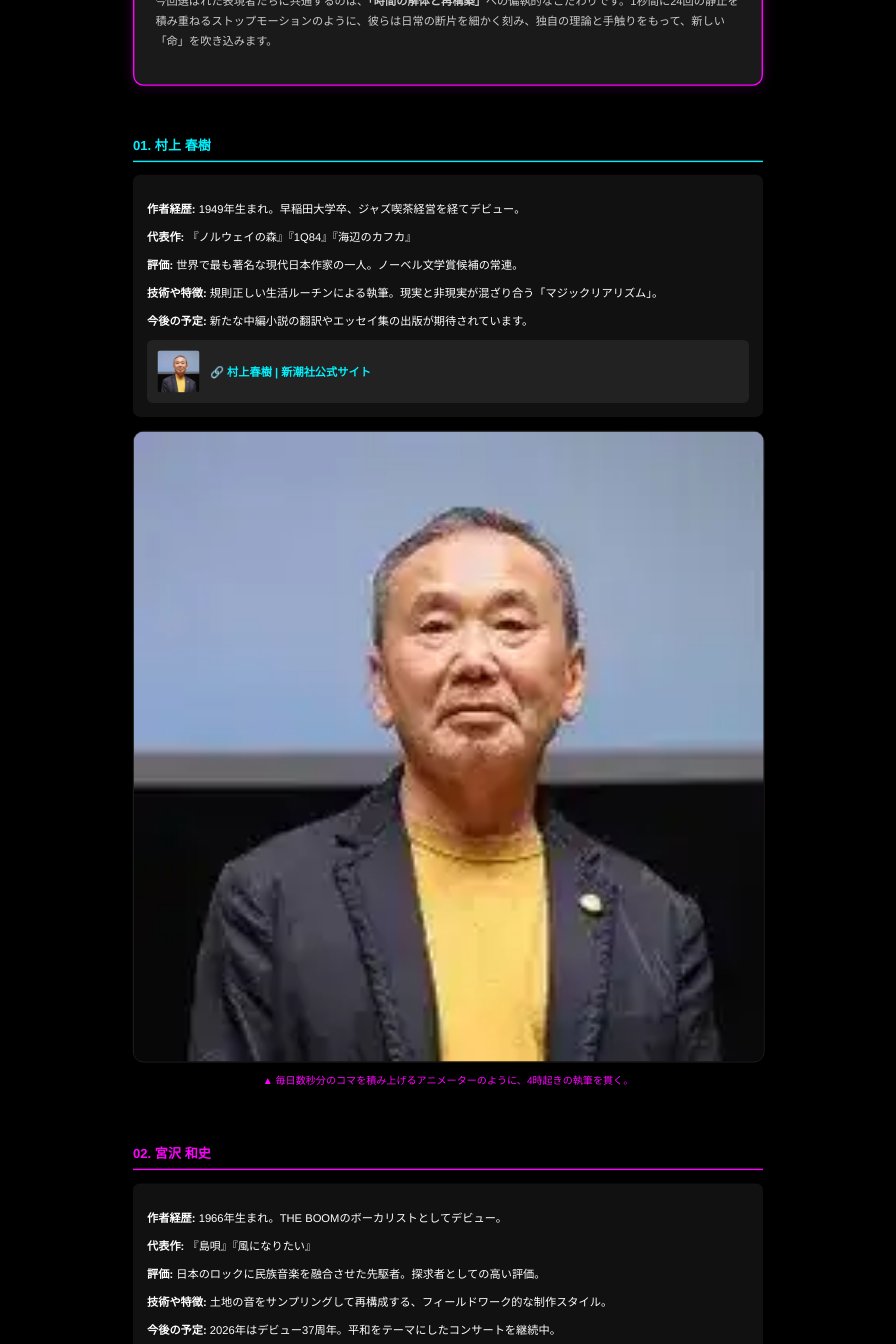
Repository: hamagoro/my-animation-site
Page: episodes/vol12.html
The author's editor kept a copy of each file at every save. The page is drawn from the files as they stood at one save, then again after the next save.
The browser window is 1280 px wide. The pictures show the part of the page from y = 1041 to 2961 px (the page is 13437 px tall before and 13899 px after), at 70% of full size.
A picture or video elsewhere on the page could not be fetched, so the positions and the page height are approximate.

Above is the page before, as saved 2026-01-31 21:04:39.

After the next save:
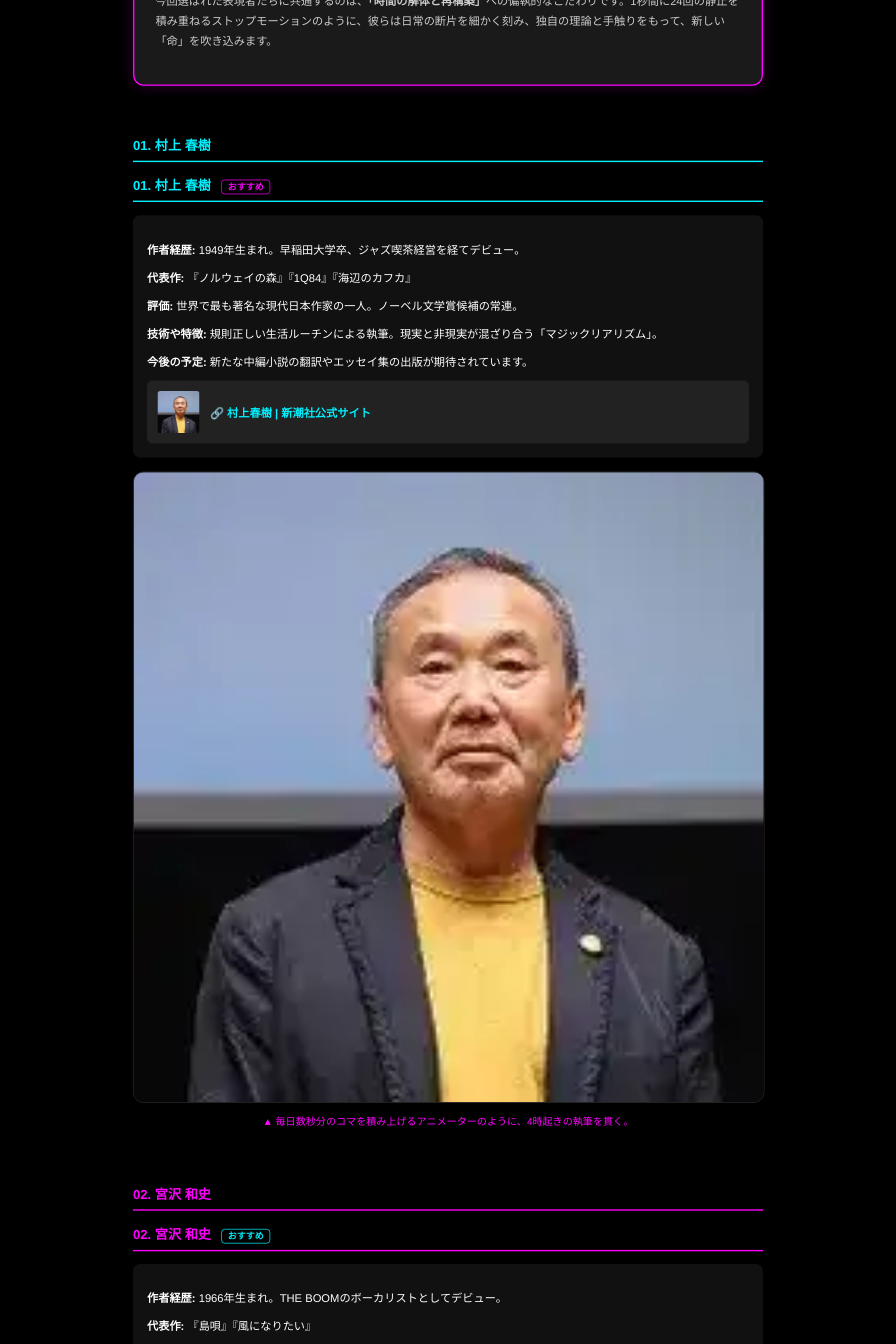
Saved 2 min 26 s later.
--- a/episodes/vol12.html
+++ b/episodes/vol12.html
@@ -55,6 +55,7 @@
 
         <section style="margin-bottom: 80px;">
             <h3 style="color: #00f2ff; border-bottom: 2px solid #00f2ff; padding-bottom: 10px;">01. 村上 春樹</h3>
+            <h3 style="color: #00f2ff; border-bottom: 2px solid #00f2ff; padding-bottom: 10px;">01. 村上 春樹 <a href="vol12-osusu.html" style="font-size: 0.8rem; color: #ff00ff; text-decoration: none; border: 1px solid #ff00ff; padding: 2px 8px; border-radius: 5px; margin-left: 10px;">おすすめ</a></h3>
             <div style="background: #111; padding: 20px; border-radius: 10px; margin-bottom: 20px;">
                 <p><strong>作者経歴:</strong> 1949年生まれ。早稲田大学卒、ジャズ喫茶経営を経てデビュー。</p>
                 <p><strong>代表作:</strong> 『ノルウェイの森』『1Q84』『海辺のカフカ』</p>
@@ -76,6 +77,7 @@
 
         <section style="margin-bottom: 80px;">
             <h3 style="color: #ff00ff; border-bottom: 2px solid #ff00ff; padding-bottom: 10px;">02. 宮沢 和史</h3>
+            <h3 style="color: #ff00ff; border-bottom: 2px solid #ff00ff; padding-bottom: 10px;">02. 宮沢 和史 <a href="vol12-osusu.html" style="font-size: 0.8rem; color: #00f2ff; text-decoration: none; border: 1px solid #00f2ff; padding: 2px 8px; border-radius: 5px; margin-left: 10px;">おすすめ</a></h3>
             <div style="background: #111; padding: 20px; border-radius: 10px; margin-bottom: 20px;">
                 <p><strong>作者経歴:</strong> 1966年生まれ。THE BOOMのボーカリストとしてデビュー。</p>
                 <p><strong>代表作:</strong> 『島唄』『風になりたい』</p>
@@ -97,6 +99,7 @@
 
         <section style="margin-bottom: 80px;">
             <h3 style="color: #00f2ff; border-bottom: 2px solid #00f2ff; padding-bottom: 10px;">03. ウディ・アレン</h3>
+            <h3 style="color: #00f2ff; border-bottom: 2px solid #00f2ff; padding-bottom: 10px;">03. ウディ・アレン <a href="vol12-osusu.html" style="font-size: 0.8rem; color: #ff00ff; text-decoration: none; border: 1px solid #ff00ff; padding: 2px 8px; border-radius: 5px; margin-left: 10px;">おすすめ</a></h3>
             <div style="background: #111; padding: 20px; border-radius: 10px; margin-bottom: 20px;">
                 <p><strong>作者経歴:</strong> 1935年生まれ。コメディライターを経て映画監督へ。</p>
                 <p><strong>代表作:</strong> 『アニー・ホール』『ミッドナイト・イン・パリ』</p>
@@ -118,6 +121,7 @@
 
         <section style="margin-bottom: 80px;">
             <h3 style="color: #ff00ff; border-bottom: 2px solid #ff00ff; padding-bottom: 10px;">04. の子</h3>
+            <h3 style="color: #ff00ff; border-bottom: 2px solid #ff00ff; padding-bottom: 10px;">04. の子 <a href="vol12-osusu.html" style="font-size: 0.8rem; color: #00f2ff; text-decoration: none; border: 1px solid #00f2ff; padding: 2px 8px; border-radius: 5px; margin-left: 10px;">おすすめ</a></h3>
             <div style="background: #111; padding: 20px; border-radius: 10px; margin-bottom: 20px;">
                 <p><strong>作者経歴:</strong> 千葉県出身。ニコニコ動画等でカルト的な人気を博し、2008年結成。</p>
                 <p><strong>代表作:</strong> 『ロックンロールは鳴り止まないっ』『僕の戦争』</p>
@@ -153,6 +157,7 @@
 
         <section style="margin-bottom: 80px;">
             <h3 style="color: #00f2ff; border-bottom: 2px solid #00f2ff; padding-bottom: 10px;">05. マキシマムザ亮君</h3>
+            <h3 style="color: #00f2ff; border-bottom: 2px solid #00f2ff; padding-bottom: 10px;">05. マキシマムザ亮君 <a href="vol12-osusu.html" style="font-size: 0.8rem; color: #ff00ff; text-decoration: none; border: 1px solid #ff00ff; padding: 2px 8px; border-radius: 5px; margin-left: 10px;">おすすめ</a></h3>
             <div style="background: #111; padding: 20px; border-radius: 10px; margin-bottom: 20px;">
                 <p><strong>作者経歴:</strong> マキシマム ザ ホルモンの全ての楽曲を手掛ける司令塔。</p>
                 <p><strong>代表作:</strong> 『恋のメガラバ』『予襲復讐』</p>
@@ -180,6 +185,7 @@
 
         <section style="margin-bottom: 80px;">
             <h3 style="color: #ff00ff; border-bottom: 2px solid #ff00ff; padding-bottom: 10px;">06. 平田 オリザ</h3>
+            <h3 style="color: #ff00ff; border-bottom: 2px solid #ff00ff; padding-bottom: 10px;">06. 平田 オリザ <a href="vol12-osusu.html" style="font-size: 0.8rem; color: #00f2ff; text-decoration: none; border: 1px solid #00f2ff; padding: 2px 8px; border-radius: 5px; margin-left: 10px;">おすすめ</a></h3>
             <div style="background: #111; padding: 20px; border-radius: 10px; margin-bottom: 20px;">
                 <p><strong>作者経歴:</strong> 1962年生まれ。劇団「青年団」主宰。</p>
                 <p><strong>代表作:</strong> 『東京ノート』『さよならだけが人生か』</p>
@@ -201,6 +207,7 @@
 
         <section style="margin-bottom: 80px;">
             <h3 style="color: #00f2ff; border-bottom: 2px solid #00f2ff; padding-bottom: 10px;">07. 宇多丸</h3>
+            <h3 style="color: #00f2ff; border-bottom: 2px solid #00f2ff; padding-bottom: 10px;">07. 宇多丸 <a href="vol12-osusu.html" style="font-size: 0.8rem; color: #ff00ff; text-decoration: none; border: 1px solid #ff00ff; padding: 2px 8px; border-radius: 5px; margin-left: 10px;">おすすめ</a></h3>
             <div style="background: #111; padding: 20px; border-radius: 10px; margin-bottom: 20px;">
                 <p><strong>作者経歴:</strong> 1969年生まれ。RHYMESTERのラッパーであり、映画評論家。</p>
                 <p><strong>代表作:</strong> 『B-BOYイズム』、ラジオ番組『アフター6ジャンクション 2』</p>
@@ -222,6 +229,7 @@
 
         <section style="margin-bottom: 80px;">
             <h3 style="color: #ff00ff; border-bottom: 2px solid #ff00ff; padding-bottom: 10px;">08. 村田 沙也加</h3>
+            <h3 style="color: #ff00ff; border-bottom: 2px solid #ff00ff; padding-bottom: 10px;">08. 村田 沙也加 <a href="vol12-osusu.html" style="font-size: 0.8rem; color: #00f2ff; text-decoration: none; border: 1px solid #00f2ff; padding: 2px 8px; border-radius: 5px; margin-left: 10px;">おすすめ</a></h3>
             <div style="background: #111; padding: 20px; border-radius: 10px; margin-bottom: 20px;">
                 <p><strong>作者経歴:</strong> 1979年生まれ。2016年『コンビニ人間』で芥川賞受賞。</p>
                 <p><strong>代表作:</strong> 『コンビニ人間』『地球星人』</p>
